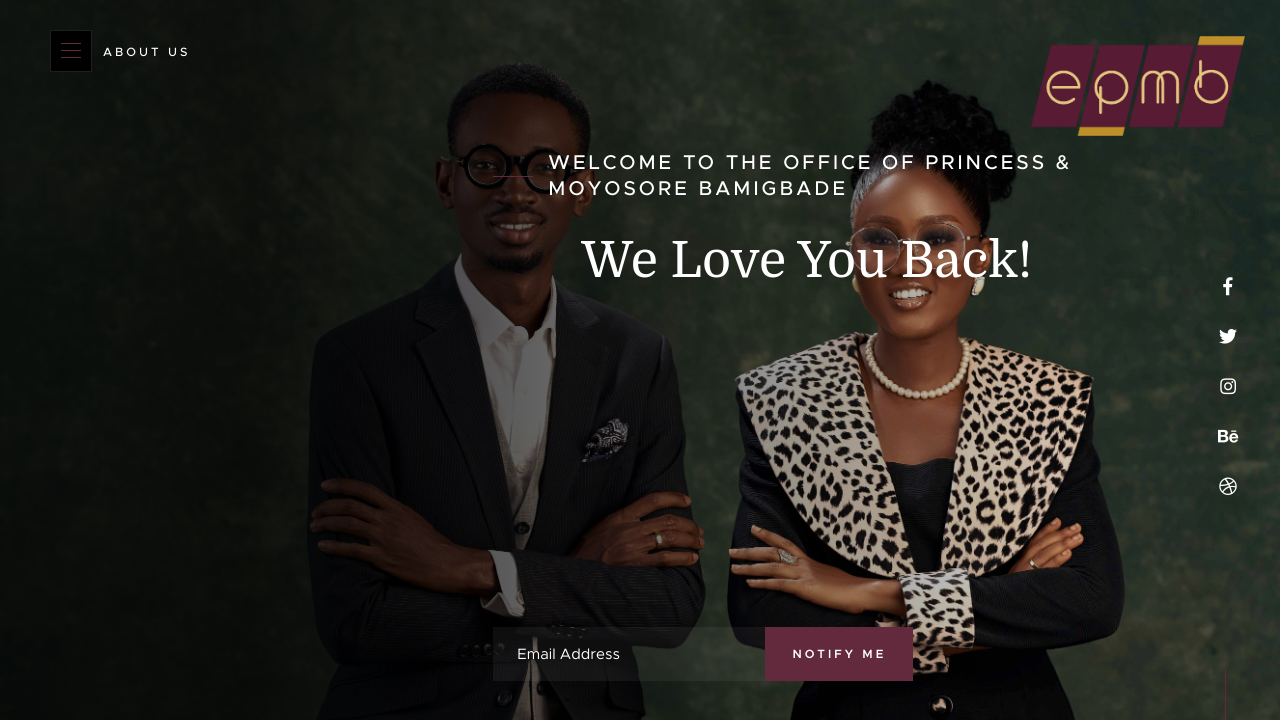
Repository: Ksoftcode/PMB
Page: index.html
These files come from the project's save history. The page is drawn as it stood at one moment and after the next save; the edit follows.
The browser window is 1280 px wide. The pictures show the whole page.

Above is the page before, as saved 2024-03-15 17:05:48.

### index.html
<!DOCTYPE html>
<html class="no-js" lang="en">
<head>

    <!--- basic page needs
    ================================================== -->
    <meta charset="utf-8">
    <title>Launch | EPMB</title>
    <meta name="description" content="">
    <meta name="author" content="">

    <!-- mobile specific metas
    ================================================== -->
    <meta name="viewport" content="width=device-width, initial-scale=1">

    <!-- CSS
    ================================================== -->
    <link rel="stylesheet" href="css/base.css">
    <link rel="stylesheet" href="css/vendor.css">
    <link rel="stylesheet" href="css/main.css">

    <!-- script
    ================================================== -->
    <script src="js/modernizr.js"></script>
    <script src="js/pace.min.js"></script>

    <!-- favicons
    ================================================== -->
    <link rel="shortcut icon" href="favicon.ico" type="image/x-icon">
    <link rel="icon" href="favicon.ico" type="image/x-icon">

</head>

<body>

    <!-- home
    ================================================== -->
    <main class="s-home s-home--static">

        <div class="overlay"></div>

        <div class="home-content">

            <div class="home-logo">
                <a href="index-static.html">
                    <img src="images/logo.png" alt="Homepage">
                </a>
            </div>

            <div class="row home-content__main">

                <div class="col-eight home-content__text pull-right">
                    <h3>Welcome to the office of Princess & Moyosore Bamigbade</h3>

                    <h1 style="text-align:center;">
                        We Love You Back! <br>
                     <br>
                     <br> <br> <br> <br>
                    </h1>

                    <div class="home-content__subscribe">
                        <form id="mc-form" class="group" novalidate="true">
                            <input type="email" value="" name="EMAIL" class="email" id="mc-email" placeholder="Email Address" required="">
                            <input type="submit" name="subscribe" value="Notify Me">
                            <label for="mc-email" class="subscribe-message"></label>
                        </form>
                    </div>
                </div>
            </div>  <!-- end home-content__main -->

            <ul class="home-social">
                <li>
                <a href="#0"><i class="fab fa-facebook-f" aria-hidden="true"></i><span>Facebook</span></a>
                </li>
                <li>
                <a href="#0"><i class="fab fa-twitter" aria-hidden="true"></i><span>Twiiter</span></a>
                </li>
                <li>
                <a href="#0"><i class="fab fa-instagram" aria-hidden="true"></i><span>Instagram</span></a>
                </li>
                <li>
                <a href="#0"><i class="fab fa-behance" aria-hidden="true"></i><span>Behance</span></a>
                </li>
                <li>
                <a href="#0"><i class="fab fa-dribbble" aria-hidden="true"></i><span>Dribbble</span></a>
                </li>
            </ul> <!-- end home-social -->

            <div class="row home-copyright">
                <span>Copyright PMB Estates 2023</span>
                <span>Design by <a href="#">kSoFtCoDe</a></span>
            </div> <!-- end home-copyright -->

            <div class="home-content__line"></div>

        </div> <!-- end home-content -->

    </main> <!-- end s-home -->

    <!-- info
    ================================================== -->
    <a class="info-toggle" href="#0">
        <span class="info-menu-icon"></span>
    </a>

    <div class="s-info">

        <div class="row info-wrapper">

            <div class="col-nine tab-full info-main">
                <h1>ILORIN : WHERE IT BEGAN</h1>
                <p>
                    Princess & Moyosore’s life and career grew out of deep windy city roots. From their childhood in the south community of Ilorin, through their first contact in Chapel Secondary School in 2004 and 2002 respectively with missionary standards where they became friends. In April, 2015, they began to plan a future together in which Moyosore was already a graduate architect and Princess had just completed her nursing program.
                </p>
            <br>
                <h1>A PROMISE : THE ROYAL WEDDING </h1>
                <p>
                    On April 20th, 2019, Princess & Moyosore got wedded which was a beautiful coincidence with moyosores 27th birthday at the International Convention Centre (ICC), Rhema Chapel Headquarters, Ilorin, Kwara State. Princess & Moyosore pledged a vow of a lifetime commitment built on Godly Christian principles and unswerving adventure.
                </p>
                <br>
                <h1>EDUCATION : A PRIORITY / STANDARD</h1>
                <p>
                    The union of Princess & Moyosore established a standard of continuous learning, unlearning and relearning through education. Princess proceeded for her pediatric nursing training at the Lagos University Teaching Hospital in 2018/2019 where by the grace of God she emerged the overall best student for the pediatrics post basic examination in Nigeria.
                    </p>
                    <p>
                    Moyosore also enrolled for his post graduate program in Federal University of Technology Akure where he also finished with honors. Subsequently, PMB proceeded for further studies. Moyosore bagged a diploma in the Business of Architecture from the European School of Economics. He further enrolled for an MSc in Architecture at University of Ilorin, Ilorin, Kwara State.
                    </p>
                    <p>
                    Princess completed a five (5) years nursing degree from the National Open University of Nigeria with honors. Afterwards, she proceeded for her master’s degree in maternal and child health nursing at Babcock University in 2022. These achievements were constantly stirred by a burning desire to attain the zenith of their profession, where no one is left behind.
                    <center>“ 𝑳𝒊𝒕𝒕𝒍𝒆 𝒃𝒚 𝒍𝒊𝒕𝒕𝒍𝒆, 𝒕𝒉𝒆 𝒃𝒊𝒓𝒅 𝒎𝒂𝒌𝒆𝒔 𝒊𝒕𝒔 𝒏𝒆𝒔𝒕”</center>
                    </p>
                <br>
                <h1>BUSINESS : NIGHTINGALE AND DOCTORS OUTFIT LIMITED</h1>
                <p>
                    Princess shared her vision with Moyosore in 2015 on changing the narrative and perception of Nigerian nurses through a revolutionized appearance and the inclusivity of informatics in nursing education and practice. The company was birth in April 2016 at a small property equipped with machines and experienced staff. The company has since grown with offices in Ilorin and Lagos with a worldwide distribution network.
                </p>
                <br>
                <h1> MB ARCHITECTS LIMITED </h1>
                <p>
                    Princess & Moyosore registered MB Architects limited in August 2017 with both of them as the company’s director. Moyosore had always envisioned owning a private firm of his, and this came to fruition with the support of his lovely wife. They took up roles and responsibilities in ensuring a good service delivery and ensuring nothing was left undone in the absence of one of them. Moyosore could always rely on Princesses intelligence in which she was skilled in penmanship while Moyosore possess numerical competence.</p>
                    <p>
                    The firm has its registered offices in Lagos and Abuja, Nigeria. Princess believes in the dream of Moyosore building and designing over 2,000 structures as she addresses him as the <cite>Greatest Architect of Time.</cite>
                </p>
                <br>
                <h1>THE SET UP</h1>
                <center>“ 𝑳𝒊𝒕𝒕𝒍𝒆 𝒃𝒚 𝒍𝒊𝒕𝒕𝒍𝒆, 𝒕𝒉𝒆 𝒃𝒊𝒓𝒅 𝒎𝒂𝒌𝒆𝒔 𝒊𝒕𝒔 𝒏𝒆𝒔𝒕”</center>
                <p>
                    EPMB was conceived by Princess & Moyosore out of passion to redefine how people live and work. It is important to integrate this two in a symphonic way in other to get the best out of life. One brand, many companies, and many, many people – that’s us in a nutshell. Spread all over the world, we have a passion for home/office furnishing and an inspiring shared vision: to create a better everyday life for the many people. </p>

                    <p>This, together with our straightforward business idea, shared values, and a culture based on the spirit of togetherness, guides us in everything we do. To offer a wide range of well-designed, functional home  & office furnishing products at prices so low, that as many people as possible will be able to afford them.</p>

                    <p> EPMB approach to design focuses on how the aesthetics and organisation of a space can reflect the brand, improve efficiency and productivity, increase employee satisfaction and support sustainability using space, colour, materials and light as tools to create healthy, uplifting environments.</p>
                <br>
                <h1> THE EPMB POINT OF VIEW </h1>
                <p>
                    As a global business with the capacity to make a large impact, we know that we have a responsibility to make that impact a positive one. At EPMB, we believe good business means ethical business. Learn where we stand on important issues by following :-
                    <p>
                    <strong> AIR POLLUTION -</strong> people around the world underestimate the threat of air pollution in their homes. In reality, indoor air pollution causes more premature deaths than outdoor pollution. EPMB wants to raise awareness around air pollution. According to the World Health Organization (WHO), air pollution is estimated to kill 1 in 8 people globally, due to heart disease, stroke, respiratory disease and cancer. That’s why giving people access to clean air is a priority at EPMB.</p>
                    <p>
                    We are focusing on reducing air pollution from our own operations and products. We are phasing out hazardous chemicals and tackling greenhouse gas emissions. We have also successfully lowered formaldehyde emissions in our wooden furniture and removed harmful flame-retardants from textiles to improve indoor air quality in our customers' homes. Our next step is engaging with people around the topic.
                    </p>
                    <p>
                    <strong>BIO-DIVERSITY -</strong> EPMB recognises that the world is experiencing a biodiversity crisis. Dramatic loss of species, ecosystems and genetic diversity is human-induced and represents, together with climate change, one of the greatest challenges of our time. Biodiversity is vital for a healthy and resilient world, and for human health and wellbeing. EPMB is dependent on biodiversity for the success of our business, now and in the future. </p>
                    <p>
                    The EPMB business is already today experiencing business implications influenced by biodiversity loss. We also recognise that biodiversity loss is a complex challenge. As with climate change, EPMB has a unique opportunity and responsibility to take action to both reduce our impact and contribute to positive outcomes. We don’t have all the answers and will work collaboratively together with others to support the large global movements needed to reverse nature loss in this decade.</p>
                    <p>
                    <strong>CIRCULARITY -</strong> EPMB is embarking on a transformation journey to become a circular business by 2030. In the world of finite resources, we have recognised the need to change our approach to how and where we meet our customers, how and what products and services we develop, how we source materials and develop the EPMB supply chain. We are adapting our existing business model to enable the prolongation of product and material life, by enabling the four circular loops of reuse, refurbishment, remanufacturing, and recycling.</p>
                    <p>
                    One of the key enablers of circularity for EPMB is to design all products with circular capabilities from the beginning. Our products will always live up to the five dimensions of the foundation of democratic design, bringing good design to the many people by providing well-designed home / office furnishing solutions, with great form and function, high quality, built with a focus on sustainability, and at an affordable price. We will now also embed circular capabilities into every product, setting the preconditions for all products to live multiple lives as they move through the circular loops.
                </p>
                <br>
                <h1>THE CUTTING EDGE</h1>
                <p>
                    Since Princess & Moyosore are already in the business of architecture- building modern houses & Offices. This is a role they have embarked on together for 6 years having started in 2017. They have a platform to change & redefine how people should live & work. Whether you are staying in a space temporary or it’s a permanent home of residence, EPMB wants to give and leave an unforgettable experience.
                </p>
                <br>
            </div>
<!-- info contact -->
            <div class="col-three tab-full pull-right info-contact">

                <div class="info-block">
                    <h3>Start A Conversation</h3>
                    <p>
                        <a href="mailto:#0" class="info-email">info@pmbestates.com</a><br>
                        <a href="tel:+18587338912" class="'info-phone">+234 7036532200</a>
                    </p>
                </div>

                <div class="info-block">
                    <h3>Visit Our Office</h3>

                    <p class="info-address">

                        No 32, Obayan Street,<br>
                        Akoka, Lagos,<br>
                        100213 NG
                    </p>
                </div>

                <div class="info-block">
                    <h3>Find Us On</h3>

                    <ul class="info-social">
                        <li>
                            <a href="#0"><i class="fab fa-facebook" aria-hidden="true"></i>
                            <span>Facebook</span></a>
                        </li>
                        <li>
                            <a href="#0"><i class="fab fa-twitter" aria-hidden="true"></i>
                            <span>Twiiter</span></a>
                        </li>
                        <li>
                            <a href="#0"><i class="fab fa-instagram" aria-hidden="true"></i>
                            <span>Instagram</span></a>
                        </li>
                        <li>
                            <a href="#0"><i class="fab fa-behance" aria-hidden="true"></i>
                            <span>Behance</span></a>
                        </li>
                        <li>
                            <a href="#0"><i class="fab fa-dribbble" aria-hidden="true"></i>
                            <span>Dribbble</span></a>
                        </li>
                    </ul>
                </div>

            </div>  <!-- end info contact -->

        </div>  <!-- end info wrapper -->

    </div> <!-- end s-info -->


    <!-- preloader
    ================================================== -->
    <div id="preloader">
        <div id="loader">
            <div class="line-scale-pulse-out">
                <div></div>
                <div></div>
                <div></div>
                <div></div>
                <div></div>
            </div>
        </div>
    </div>

    <!-- Java Script
    ================================================== -->
    <script src="js/jquery-3.2.1.min.js"></script>
    <script src="js/plugins.js"></script>
    <script src="js/main.js"></script>

</body>

</html>

### css/vendor.css
/* ===================================================================
 *
 *  Count v1.0 Vendor/Third Party CSS
 *  04-16-2018
 *  ------------------------------------------------------------------
 *
 *  TOC:
 *  # slick slider
 *
 * =================================================================== */


/* ===================================================================
 * # slick slider
 * http://kenwheeler.github.io/slick/
 * ------------------------------------------------------------------- */
.slick-slider {
  position: relative;
  display: block;
  box-sizing: border-box;
  -webkit-touch-callout: none;
  -webkit-user-select: none;
  -khtml-user-select: none;
  -moz-user-select: none;
  -ms-user-select: none;
  user-select: none;
  -ms-touch-action: pan-y;
  touch-action: pan-y;
  -webkit-tap-highlight-color: transparent;
}

.slick-list {
  position: relative;
  overflow: hidden;
  display: block;
  margin: 0;
  padding: 0;
}

.slick-list:focus {
  outline: none;
}

.slick-list.dragging {
  cursor: pointer;
  cursor: hand;
}

.slick-slider .slick-track,
.slick-slider .slick-list {
  -webkit-transform: translate3d(0, 0, 0);
  -moz-transform: translate3d(0, 0, 0);
  -ms-transform: translate3d(0, 0, 0);
  -o-transform: translate3d(0, 0, 0);
  transform: translate3d(0, 0, 0);
}

.slick-track {
  position: relative;
  left: 0;
  top: 0;
  display: block;
}

.slick-track:before,
.slick-track:after {
  content: "";
  display: table;
}

.slick-track:after {
  clear: both;
}

.slick-loading .slick-track {
  visibility: hidden;
}

.slick-slide {
  float: left;
  height: 100%;
  min-height: 1px;
  display: none;
}

[dir="rtl"] .slick-slide {
  float: right;
}

.slick-slide img {
  display: block;
}

.slick-slide.slick-loading img {
  display: none;
}

.slick-slide.dragging img {
  pointer-events: none;
}

.slick-initialized .slick-slide {
  display: block;
}

.slick-loading .slick-slide {
  visibility: hidden;
}

.slick-vertical .slick-slide {
  display: block;
  height: auto;
  border: 1px solid transparent;
}

.slick-arrow.slick-hidden {
  display: none;
}

/*# sourceMappingURL=vendor.css.map */

### css/fonts.css
/* ===================================================================
 * fonts.scss
 *
 * ------------------------------------------------------------------- */


/*
 * domine
================================================================================ */
@font-face {
  font-family: "domine-regular";
  src: url("../fonts/domine/domine-regular-webfont.woff2") format("woff2"), url("../fonts/domine/domine-regular-webfont.woff") format("woff");
  font-style: normal;
  font-weight: normal;
}

@font-face {
  font-family: "domine-bold";
  src: url("../fonts/domine/domine-bold-webfont.woff2") format("woff2"), url("../fonts/domine/domine-bold-webfont.woff") format("woff");
  font-style: normal;
  font-weight: normal;
}


/*
 * metropolis
================================================================================ */
@font-face {
  font-family: "metropolis-bold";
  src: url("../fonts/metropolis/metropolis-bold-webfont.woff2") format("woff2"), url("../fonts/metropolis/metropolis-bold-webfont.woff") format("woff");
  font-style: normal;
  font-weight: normal;
}

@font-face {
  font-family: "metropolis-semibold";
  src: url("../fonts/metropolis/metropolis-semibold-webfont.woff2") format("woff2"), url("../fonts/metropolis/metropolis-semibold-webfont.woff") format("woff");
  font-style: normal;
  font-weight: normal;
}

@font-face {
  font-family: "metropolis-medium";
  src: url("../fonts/metropolis/metropolis-medium-webfont.woff2") format("woff2"), url("../fonts/metropolis/metropolis-medium-webfont.woff") format("woff");
  font-style: normal;
  font-weight: normal;
}

@font-face {
  font-family: "metropolis-regular";
  src: url("../fonts/metropolis/metropolis-regular-webfont.woff2") format("woff2"), url("../fonts/metropolis/metropolis-regular-webfont.woff") format("woff");
  font-style: normal;
  font-weight: normal;
}

@font-face {
  font-family: "metropolis-light";
  src: url("../fonts/metropolis/metropolis-light-webfont.woff2") format("woff2"), url("../fonts/metropolis/metropolis-light-webfont.woff") format("woff");
  font-style: normal;
  font-weight: normal;
}

@font-face {
  font-family: "metropolis-extralight";
  src: url("../fonts/metropolis/metropolis-extralight-webfont.woff2") format("woff2"), url("../fonts/metropolis/metropolis-extralight-webfont.woff") format("woff");
  font-style: normal;
  font-weight: normal;
}

@font-face {
  font-family: "metropolis-italic";
  src: url("../fonts/metropolis/metropolis-regularitalic-webfont.woff2") format("woff2"), url("../fonts/metropolis/metropolis-regularitalic-webfont.woff") format("woff");
  font-style: normal;
  font-weight: normal;
}

/*# sourceMappingURL=fonts.css.map */

Loaded but not shown: js/modernizr.js (library); js/pace.min.js (library); js/jquery-3.2.1.min.js (library); js/plugins.js (library); css/font-awesome/css/fontawesome-all.css (library); js/main.js (160 lines, source omitted); css/main.css (2385 lines, source omitted); css/base.css (949 lines, source omitted)

After the next save:
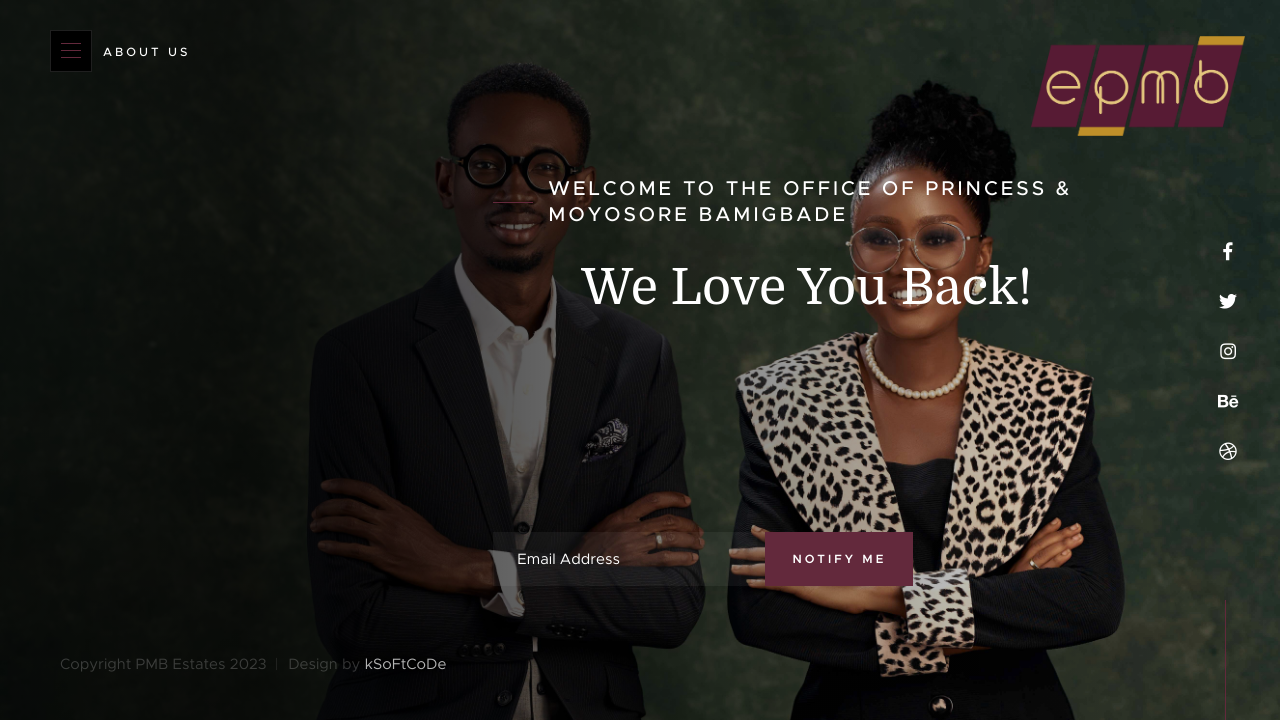
Saved 10 s later.
--- a/index.html
+++ b/index.html
@@ -55,7 +55,7 @@
                     <h1 style="text-align:center;">
                         We Love You Back! <br>
                      <br>
-                     <br> <br> <br> <br>
+                     <br> <br>
                     </h1>
 
                     <div class="home-content__subscribe">
